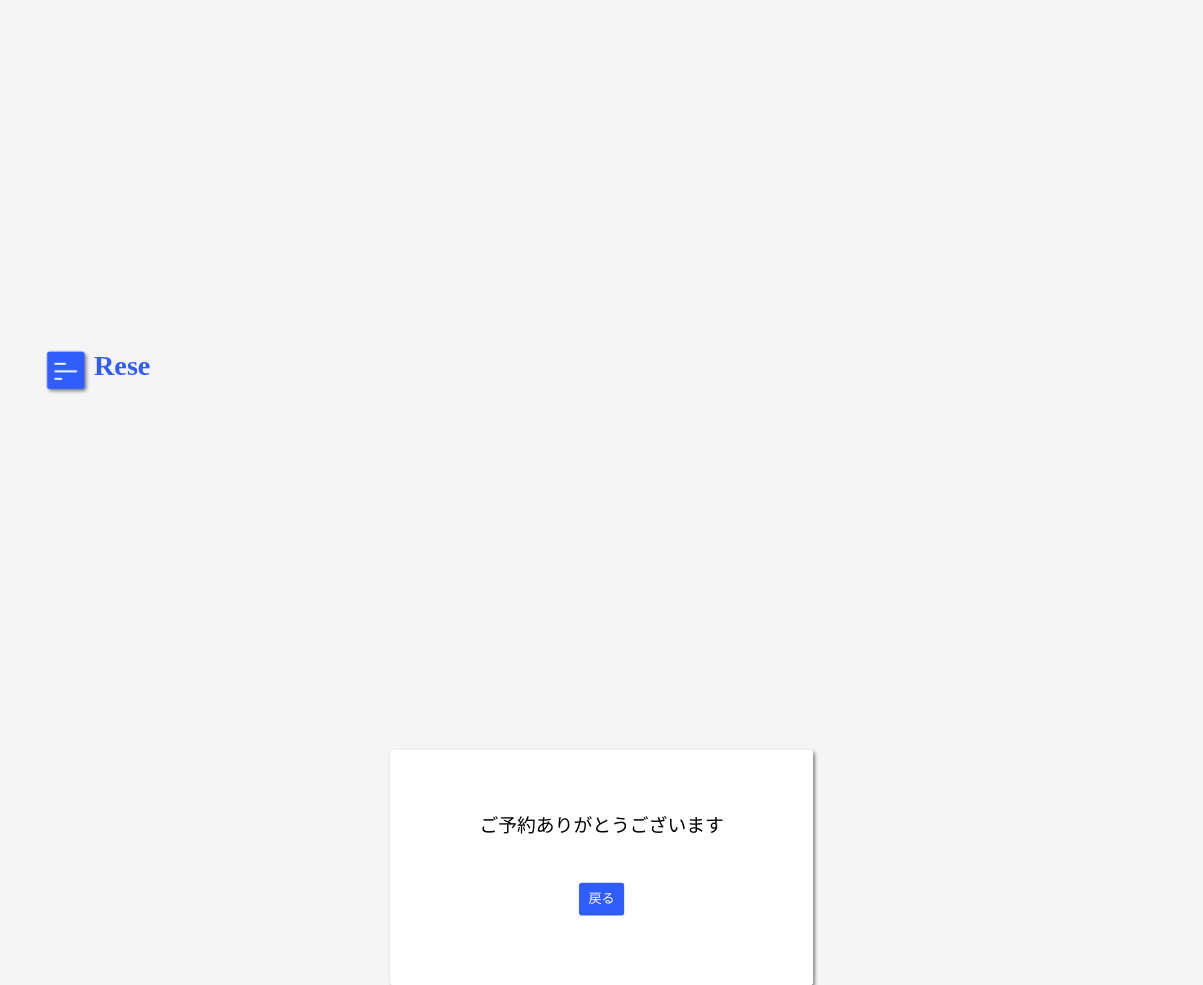
Repository: Haruka-Wada/Rese
Page: http://localhost/done
An editor plug-in stored every save of this project. The page is shown before and after the next save, followed by the edit.
The browser window is 1280 px wide. The pictures show the whole page, at 94% of full size.
The page is served by the project's Laravel application, run on PHP 8.4 with Laravel 8. Other server files are loaded and not shown.

Above is the page before, as saved 2024-10-28 15:17:12.

### src/routes/web.php
<?php

use App\Http\Controllers\ReseController;
use Illuminate\Support\Facades\Route;

/*
|--------------------------------------------------------------------------
| Web Routes
|--------------------------------------------------------------------------
|
| Here is where you can register web routes for your application. These
| routes are loaded by the RouteServiceProvider within a group which
| contains the "web" middleware group. Now create something great!
|
*/

Route::get('/', [ReseController::class, 'index']);
Route::get('/done', [ReseController::class, 'done']);

### src/app/Http/Controllers/ReseController.php
<?php

namespace App\Http\Controllers;

use Illuminate\Http\Request;

class ReseController extends Controller
{
    function index() {
        return view('shop_all');
    }

    function done() {
        return view('done');
    }
}

### src/resources/views/done.blade.php
@extends('layouts.app')

@section('css')
<link rel="stylesheet" href="{{ asset('css/thanks_done.css') }}">
@endsection

@section('main')
<div class="main__container">
    <div class="main__text">
        <p>ご予約ありがとうございます</p>
    </div>
    <div class="main__login">
        <a class="main__login-button" href="./">戻る</a>
    </div>
</div>
@endsection

### src/resources/views/layouts/app.blade.php
<!DOCTYPE html>
<html lang="ja">

<head>
    <meta charset="UTF-8">
    <meta name="viewport" content="width=device-width, initial-scale=1.0">
    <title>Rese</title>
    <link rel="stylesheet" href="{{ asset('css/sanitize.css') }}">
    <link rel="stylesheet" href="{{ asset('css/app.css') }}">
    @yield('css')
    <script src="https://ajax.googleapis.com/ajax/libs/jquery/3.3.1/jquery.min.js"></script>
</head>

<body>
    <header>
        <div class="header">
            <div class="header__overlay">
            <div class="header__hamburger">
                <span></span>
                <span></span>
                <span></span>
            </div>
            <h1 class="header__logo">Rese</h1>
        </div>
        <div class="body__overlay">
            <ul class="hamburger__menu">
                <li><a href="/" class="hamburger__menu-link">HOME</a></li>
                @if(Auth::check())
                <li>
                    <form action="/logout" method="post">
                        @csrf
                        <button class="hamburger__menu-logout">Logout</button>
                    </form>
                </li>
                <li><a href="/" class="hamburger__menu-link">Mypage</a></li>
                @else
                <li><a href="/register" class="hamburger__menu-link registration">Registration</a></li>
                <li><a href="/login" class="hamburger__menu-link">Login</a></li>
                @endif
            </ul>
        </div>
    </header>
    <main>
        @yield('main')
    </main>

    <script type="text/javascript">
        $(function() {
            $('.header__hamburger').click(function() {
                $('.header__hamburger,.header__logo,.hamburger__menu,.header,.body__overlay').toggleClass('active');
            });
        });
    </script>
</body>

</html>

### src/public/css/sanitize.css
/*
html5doctor.com Reset Stylesheet
v1.6.1
Last Updated: 2010-09-17
Author: Richard Clark - http://richclarkdesign.com
Twitter: @rich_clark
*/

html,
body,
div,
span,
object,
iframe,
h1,
h2,
h3,
h4,
h5,
h6,
p,
blockquote,
pre,
abbr,
address,
cite,
code,
del,
dfn,
em,
img,
ins,
kbd,
q,
samp,
small,
strong,
sub,
sup,
var,
b,
i,
dl,
dt,
dd,
ol,
ul,
li,
fieldset,
form,
label,
legend,
table,
caption,
tbody,
tfoot,
thead,
tr,
th,
td,
article,
aside,
canvas,
details,
figcaption,
figure,
footer,
header,
hgroup,
menu,
nav,
section,
summary,
time,
mark,
audio,
video {
    margin: 0;
    padding: 0;
    border: 0;
    outline: 0;
    font-size: 100%;
    vertical-align: baseline;
    background: transparent;
}

body {
    line-height: 1;
}

article,
aside,
details,
figcaption,
figure,
footer,
header,
hgroup,
menu,
nav,
section {
    display: block;
}

nav ul {
    list-style: none;
}

blockquote,
q {
    quotes: none;
}

blockquote:before,
blockquote:after,
q:before,
q:after {
    content: '';
    content: none;
}

a {
    margin: 0;
    padding: 0;
    font-size: 100%;
    vertical-align: baseline;
    background: transparent;
}

/* change colours to suit your needs */
ins {
    background-color: #ff9;
    color: #000;
    text-decoration: none;
}

/* change colours to suit your needs */
mark {
    background-color: #ff9;
    color: #000;
    font-style: italic;
    font-weight: bold;
}

del {
    text-decoration: line-through;
}

abbr[title],
dfn[title] {
    border-bottom: 1px dotted;
    cursor: help;
}

table {
    border-collapse: collapse;
    border-spacing: 0;
}

/* change border colour to suit your needs */
hr {
    display: block;
    height: 1px;
    border: 0;
    border-top: 1px solid #cccccc;
    margin: 1em 0;
    padding: 0;
}

input,
select {
    vertical-align: middle;
}

### src/public/css/app.css
body {
    background-color: whitesmoke;
    width: 100vw;
    height: 100vh;
    overflow-x: hidden;
}

.header {
    height: 10%;
    margin: 0 auto;
    display: flex;
    align-items: center;
    padding: 50px;
    position: relative;
    overflow: hidden;
}

.header_overlay {

}

.header__logo {
    color: #305DFF;
    font-size: 30px;
    position: fixed;
    left: 100px;
    transition: 1s;
}

.header__hamburger {
    width: 40px;
    height: 40px;
    position: relative;
    position: fixed;
    background-color: #305DFF;
    border-radius: 3px;
    box-shadow: 2px 2px 4px gray;
}

.header__hamburger span {
    position: absolute;
    height: 2px;
    background-color: white;
    transition: .5s;
}

.header__hamburger span:first-of-type {
    width: 30%;
    top: 30%;
    left: 20%;
}

.header__hamburger span:nth-of-type(2) {
    width: 60%;
    top: 50%;
    left: 20%;
}

.header__hamburger span:last-of-type {
    width: 20%;
    top: 70%;
    left: 20%;
}

.hamburger__menu {
    background-color: white;
    width: 100%;
    padding: 100px 0;
    position: fixed;
    top: 130px;
    left: 0;
    transform: translateX(-100%);
    transition: .5s;
}

.hamburger__menu li {
    text-align: center;
    list-style: none;
    line-height: 300%;
}

.hamburger__menu-link {
    color: #305DFF;
    font-size: 25px;
    text-decoration: none;
    font-weight: 550;
}

.hamburger__menu-logout {
    border: none;
    outline: none;
    background-color: white;
    color: #305DFF;
    font-size: 25px;
    margin: 20px;
}

.registration {
    display: block;
    margin: 20px;
}

.body__overlay {
    height: 90vh;
    margin: 0 auto;
    display: flex;
    align-items: center;
    position: relative;
    overflow: hidden;
}

.body__overlay.active:after {
    position: absolute;
    content: '';
    top: 0;
    left: 0;
    background: white;
    width: 100%;
    height: 100%;
    z-index: -1;
    transform: translateX(-100%);
    animation-name: test_box_slide;
    animation-duration: .5s;
    animation-fill-mode: forwards;
    transform: translateX(-100%);
}

@keyframes test_box_slide {
    0% {
        transform: translate(-100%, 0)
    }

    100% {
        transform: translate(0, 0)
    }
}

.header__hamburger.active span:first-of-type {
    top: 50%;
    width: 60%;
    transform: rotate(45deg);
}

.header__hamburger.active span:nth-of-type(2) {
    opacity: 0;
}

.header__hamburger.active span:last-of-type {
    top: 50%;
    width: 60%;
    transform: rotate(-45deg);
}

.hamburger__menu.active {
    transform: translateX(0);
    z-index: 1;
}

.header__logo.active {
    opacity: 0;
}

### src/public/css/thanks_done.css
.main__container {
    width: 450px;
    height: 250px;
    margin: 50px auto;
    background-color: white;
    border-radius: 3px;
    box-shadow: 2px 2px 4px gray;
}

.main__text {
    text-align: center;
    font-size: 20px;
    padding: 70px 0 60px;
}

.main__login {
    text-align: center;
}

.main__login-button {
    text-decoration: none;
    background-color: #305DFF;
    color: white;
    padding: 10px;
    border-radius: 3px;
    font-size: 14px;
}

Loaded but not shown: src/app/Http/Controllers/Controller.php (common file)

After the next save:
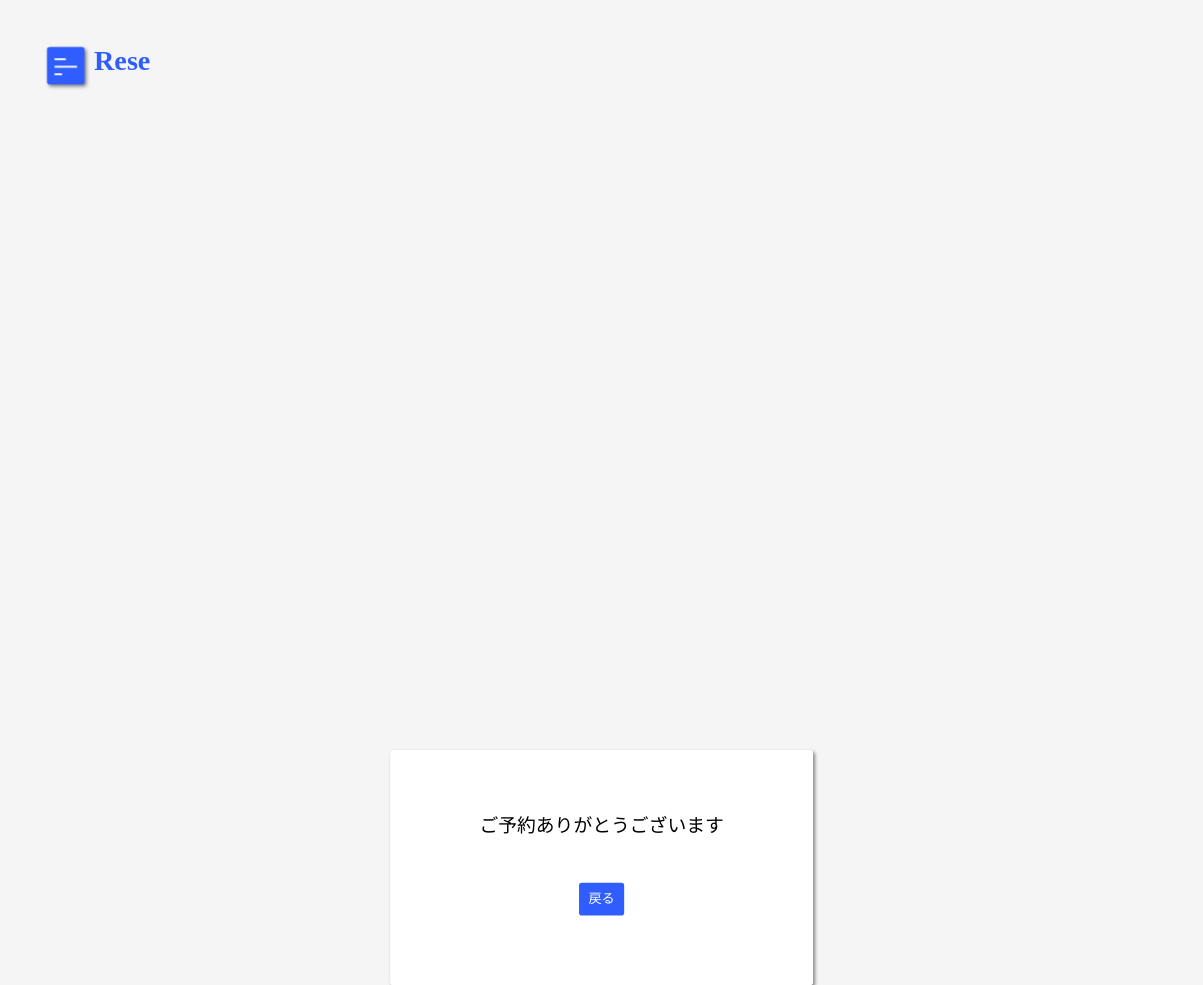
Saved 6 s later.
--- a/src/resources/views/layouts/app.blade.php
+++ b/src/resources/views/layouts/app.blade.php
@@ -15,12 +15,13 @@
     <header>
         <div class="header">
             <div class="header__overlay">
-            <div class="header__hamburger">
-                <span></span>
-                <span></span>
-                <span></span>
+                <div class="header__hamburger">
+                    <span></span>
+                    <span></span>
+                    <span></span>
+                </div>
+                <h1 class="header__logo">Rese</h1>
             </div>
-            <h1 class="header__logo">Rese</h1>
         </div>
         <div class="body__overlay">
             <ul class="hamburger__menu">
